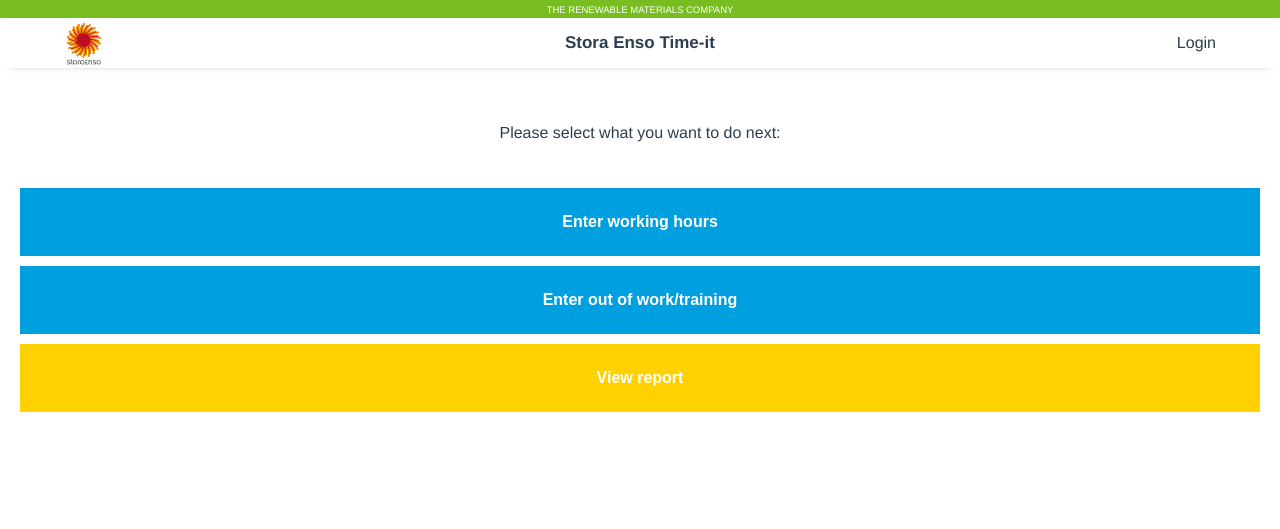
Repository: marianreha/vue-timeit
Page: /
The author's editor kept a copy of each file at every save. The page is drawn from the files as they stood at one save, then again after the next save.
The browser window is 1280 px wide. The pictures show the whole page.
Some web fonts or font styles are not loaded; a fallback is used. The project was rebuilt for these pictures with package versions that can differ from the ones it lists, and the page was loaded fresh each time. Also part of the build but not shown: vue.config.js.

Above is the page before, as saved 2020-03-29 21:10:19.

### src/App.vue
<template>
  <div id="app">
    <Navbar />
    <Home />
  </div>
</template>

<script>
import Navbar from './components/Navbar'
import Home from './components/Home'

export default {
  name: 'App',
  components: {
    Navbar,
    Home,
  }
}
</script>

<style>
@import url(//db.onlinewebfonts.com/c/2afedaab5a5177410b408023384af22d?family=HelveticaNeueLTW01-55Roman);

#app {
  font-family: Helvetica, Arial, sans-serif;
  -webkit-font-smoothing: antialiased;
  -moz-osx-font-smoothing: grayscale;
  text-align: center;
  color: #2c3e50;
  padding: 0px;
}

body {
  margin: 0;
}

* {
    cursor: default;
}

</style>

### src/components/Navbar.vue
<template>
  <div>
      <header class="green">
          The renewable materials company
      </header>
      <header class="navbar">
          <img class="logo" src="../assets/logo.jpg" alt="logo">
          <nav>
              Stora Enso Time-it
          </nav>
          <span>Login</span>
      </header>
  </div>
</template>

<script>
export default {
    name: 'Navbar',
}
</script>

<style>
.green {
    padding: 4px 0 3px 0;
    background-color: #78BE20;
    color: #FFFFFF;
    font-size: 9.5px;
    text-transform: uppercase;
}

.navbar {
    display: flex;
    height: 2rem;
    justify-content: space-between;
    align-items: center;
    padding: 25px 5%;
    box-shadow: 0 3px 8px -8px;
    box-sizing: border-box;
}

.navbar nav {
    font-weight: bold;
    font-size: 17px;
}

.logo {
    height: 45px;
    cursor: pointer;
}
</style>>

### src/components/Home.vue
<template>
    <div>
        <p>Please select what you want to do next:</p>
        <div class="container">
            <button class="btn">Enter working hours</button>
            <button class="btn">Enter out of work/training</button>
            <button class="btn btn-yellow">View report</button>
        </div>
    </div>
</template>

<script>
export default {
    name: "Home"
}
</script>

<style>
p {
    padding: 40px 0 30px 0;
}

.container {
    padding: 0 20px;
    display: flex;
    flex-direction: column;
}

.btn {
    padding: 25px;
    margin-bottom: 10px;
    background-color: #009FDF;
    border: none;
    color: #ffffff;
    font-size: 16px;
    font-weight: bold;
}

.btn:hover {
    background-color: #006cbe;
}

.btn-yellow {
    background-color: #FFD100;
}


/* .buttons {
    display: flex;
    flex-direction: column;
    padding: 0 5%;
    max-width: 700px;
    text-align: center;
}

.buttons span {
    padding: 25px 20% 25px 20%;
    color: #ffffff;
    font-weight: bold;
    margin: 5px;
}




} */

/* .btn-group {
    display: block;
    padding: 0 10%;
    width: 120%;
    justify-content: left;
}

.btn-group button {
    padding: 25px;
} */

</style>

Loaded but not shown: public/index.html (common file); src/main.js (common file)

After the next save:
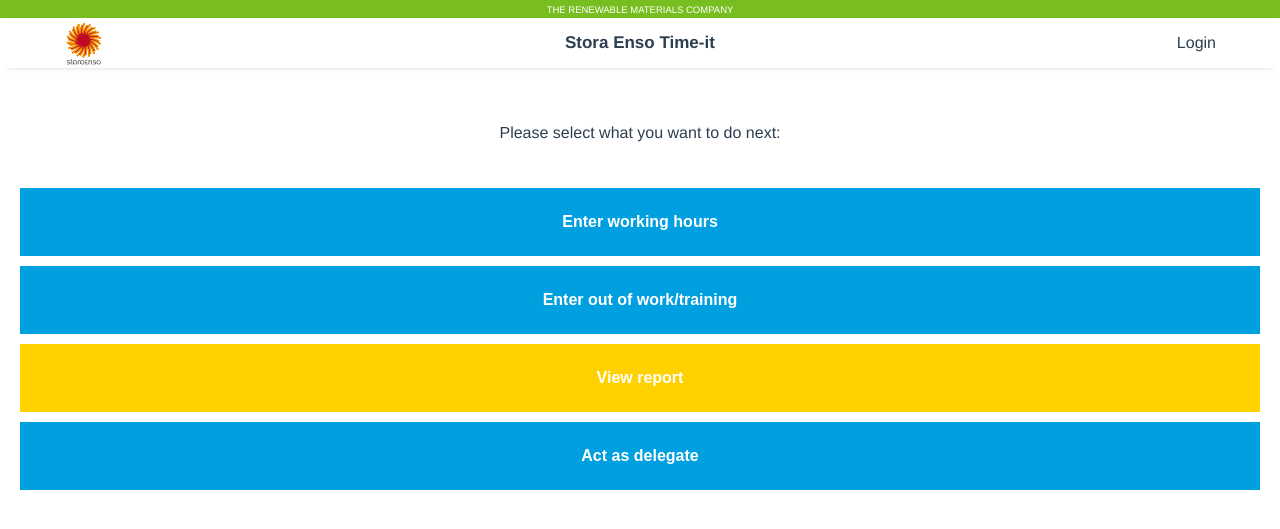
Saved 35 s later.
--- a/src/components/Home.vue
+++ b/src/components/Home.vue
@@ -5,6 +5,7 @@
             <button class="btn">Enter working hours</button>
             <button class="btn">Enter out of work/training</button>
             <button class="btn btn-yellow">View report</button>
+            <button class="btn btn-delegate">Act as delegate</button>
         </div>
     </div>
 </template>
